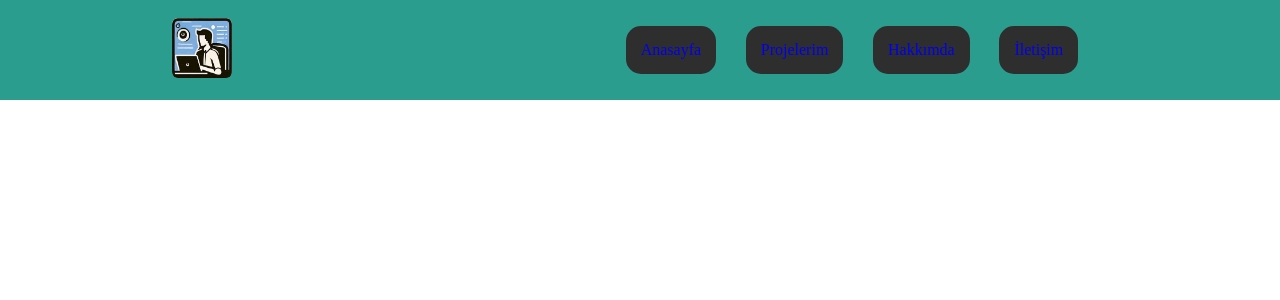
Repository: 0hasandemirtas/react-odev
Page: /
These files come from the project's save history. The page is drawn as it stood at one moment and after a run of saves; the edit follows.
The browser window is 1280 px wide. The pictures show the whole page.
The project was rebuilt for these pictures with package versions that can differ from the ones it lists, and the page was loaded fresh each time.

Above is the page before, as saved 2024-06-16 14:28:46.

After the next 6 saves:
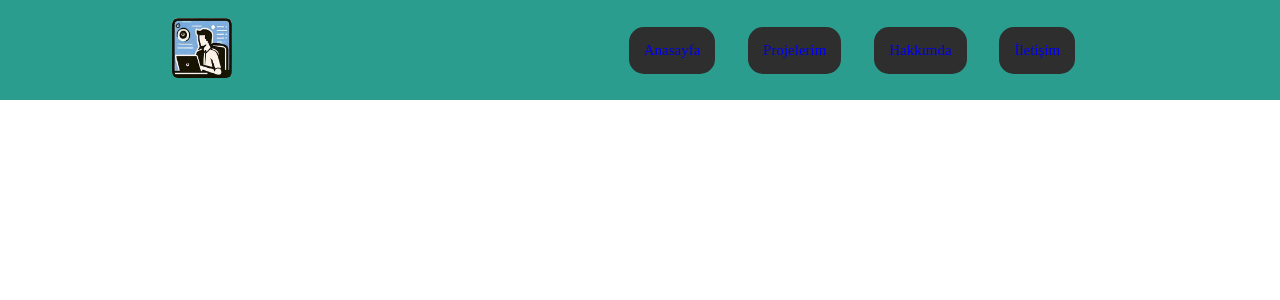
The 6 saves are shown as one change because they came seconds apart.
The last was saved 26 s later.
--- a/src/components/header/stylesheet.js
+++ b/src/components/header/stylesheet.js
@@ -32,7 +32,8 @@ const useStyles = createUseStyles({
         padding:"15px",
         backgroundColor:"#2e2e2e",
         borderRadius:"15px",
-        textDecoration:"none"
+        textDecoration:"none",
+        fontSize:"15px"
     }
 },
 {
